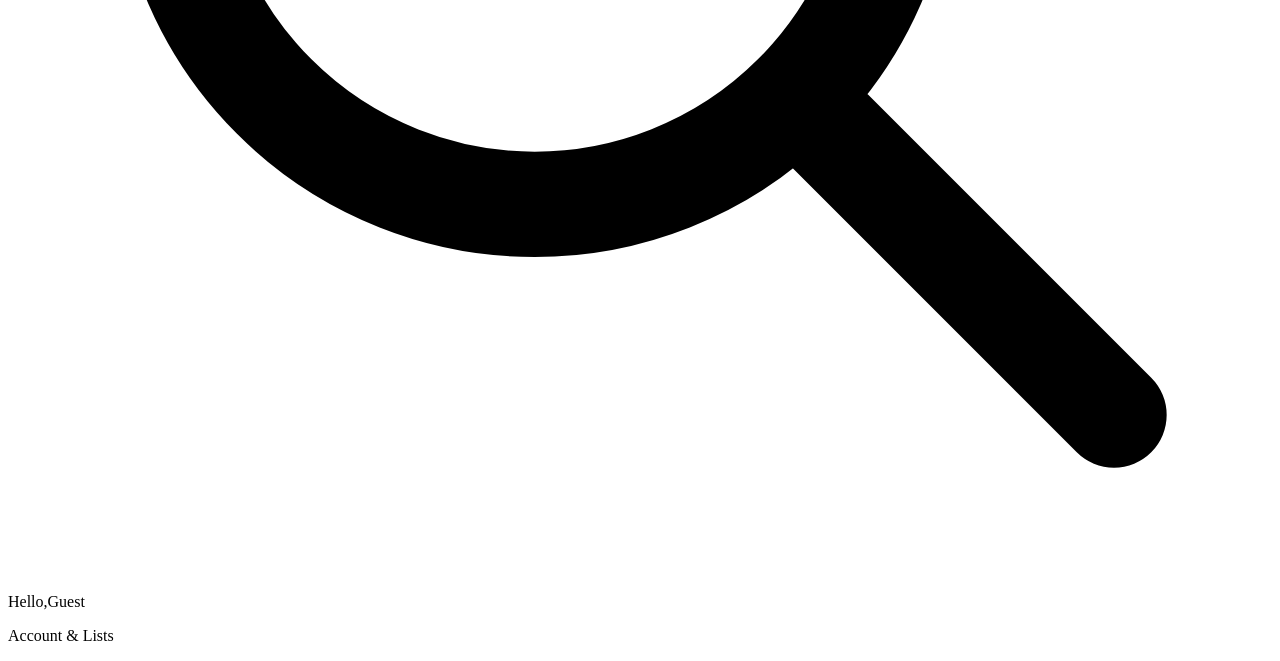
Repository: SayedJamil/amazon_clone_nextjs
Page: /
An editor plug-in stored every save of this project. The page is shown before and after a run of saves, followed by the edit.
The browser window is 1280 px wide. The pictures show the part of the page from y = 720 to 1415 px (the page is 1381 px tall before and 1415 px after).
The project was rebuilt for these pictures with package versions that can differ from the ones it lists, and the page was loaded fresh each time. The framework's server and built-in components were replaced by stand-ins that run in the browser. Also part of the build but not shown: next.config.js.

Above is the page before, as saved 2021-08-26 12:29:45.

### src/pages/index.js
import Head from "next/head";
import Header from "../components/Header";

export default function Home() {
  return (
    <div>
      <Head>
        <title>Amazon 2.0</title>
        <link rel="icon" href="/amazon-transparent-logo-a.ico" />
      </Head>
      <Header />
    </div>
  );
}

### src/components/Header.js
import Image from "next/image";
import { SearchIcon } from '@heroicons/react/outline';
function Header() {
    return (
        <header>
            <div className="flex items-center bg-amazon_blue flex-grow py-2">
                {/* Left */}
                <div className="relative h-[40px] w-[150px] sm:flex-grow-0">
                    <Image src="https://links.papareact.com/f90" layout="fill" objectFit="contain" className="curson-pointer" />
                </div>
                {/* Search */}
                <div className="flex items-center h-10 rounded-md bg-yellow-400 hover:bg-yellow-500 cursor-pointer hidden sm:inline-flex flex-grow">
                    <input type="text" className="flex-grow p-2 h-full w-6 rounded-l-md flex-shrink outline-none" />
                    <SearchIcon className="h-12 p-4" />
                </div>
                {/* Right */}
                <div className="text-white">
                    <div>
                        <p>Hello,Guest</p>
                        <p>Account & Lists</p>
                    </div>
                    <div>

                    </div>
                    <div>

                    </div>
                </div>
            </div>
            {/* Bottom nav */}
            <div>

            </div>
        </header>

    )
}

export default Header

After the next 3 saves:
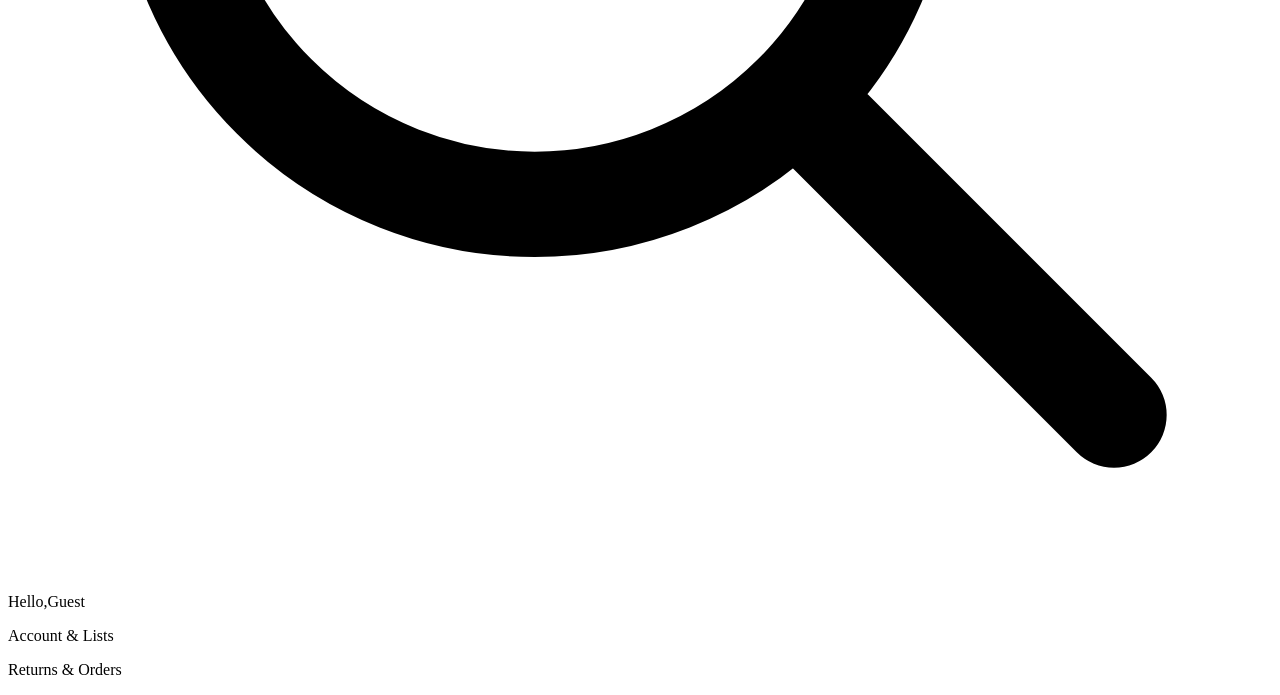
The 3 saves are shown as one change because they came seconds apart.
The last was saved 6 min 44 s later.
--- a/src/components/Header.js
+++ b/src/components/Header.js
@@ -20,7 +20,9 @@ function Header() {
                         <p>Account & Lists</p>
                     </div>
                     <div>
-
+                        <p>
+                            Returns & Orders
+</p>
                     </div>
                     <div>
 
